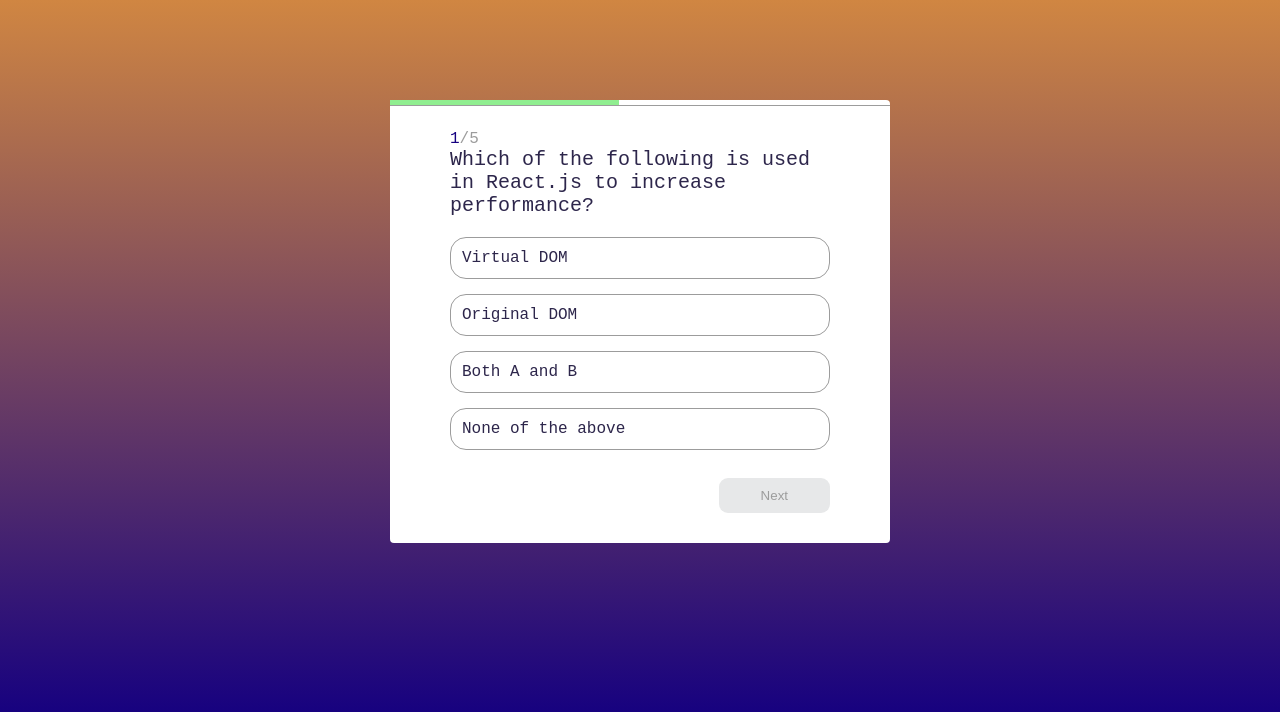
Repository: Abhi2807ar/quiz-appp
Page: /
The author's editor kept a copy of each file at every save. The page is drawn from the files as they stood at one save, then again after a run of saves.
The browser window is 1280 px wide. The pictures show the whole page.
The project was rebuilt for these pictures with package versions that can differ from the ones it lists, and the page was loaded fresh each time. Also part of the build but not shown: vite.config.js.

Above is the page before, as saved 2024-10-10 01:25:57.

After the next 5 saves:
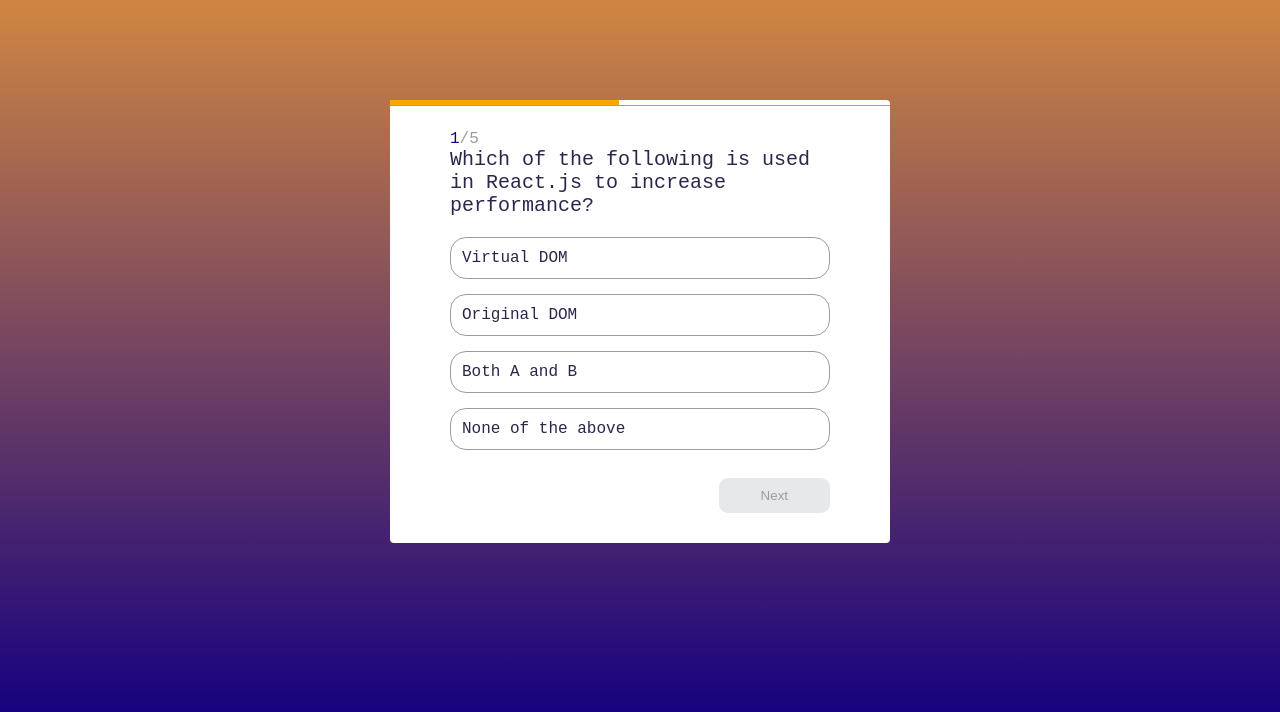
The 5 saves are shown as one change because 1 did not build or start and some came seconds apart.
The last was saved 15 s later.
--- a/src/components/AnswerTimer/AnswerTimer.jsx
+++ b/src/components/AnswerTimer/AnswerTimer.jsx
@@ -33,6 +33,8 @@ function AnswerTimer({duration}){
                     progressLoaded<40
                     ? "lightgreen"
                     : progressLoaded<70
+                    ?"orange"
+                    :"red"
                 }`
             }}
          className="progress"></div>
